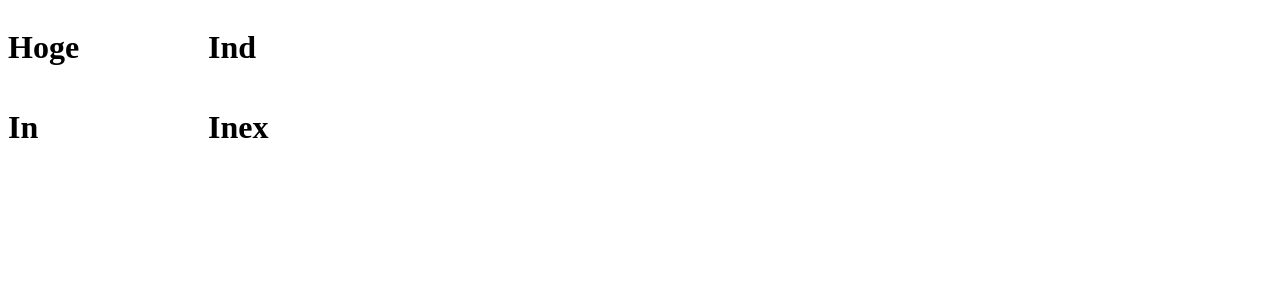
Repository: koukoukou2020/sumurai_HTML-CSS
Page: float01.html
The author's editor kept a record of every edit. The page is drawn from the files as they stood at one moment, then again after the next edit.
The browser window is 1280 px wide. The pictures show the whole page.

Above is the page before.

### float01.html
<!DOCTYPE html>
<html lang="ja">
    <head>
        <style>
            #grid {
                display: grid;
                grid-template-columns: 200px 200px;
            }
        </style>
    </head>
    <body>
        <div id="grid">
            <h1>Hoge</h1>
            <h1>Ind</h1>
            <h1>In</h1>
            <h1>Inex</h1>
        </div>
    </body>
</html>

After the next edit:
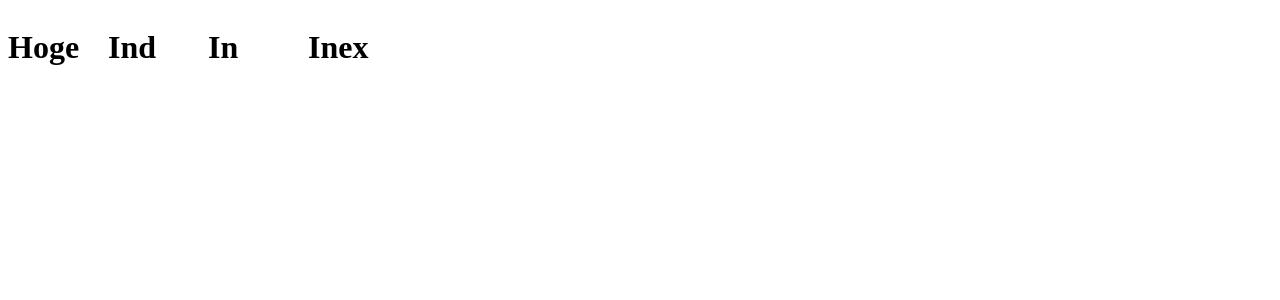
The edit:
--- a/float01.html
+++ b/float01.html
@@ -4,7 +4,7 @@
         <style>
             #grid {
                 display: grid;
-                grid-template-columns: 200px 200px;
+                grid-template-columns: 100px 100px 100px 100px;
             }
         </style>
     </head>
